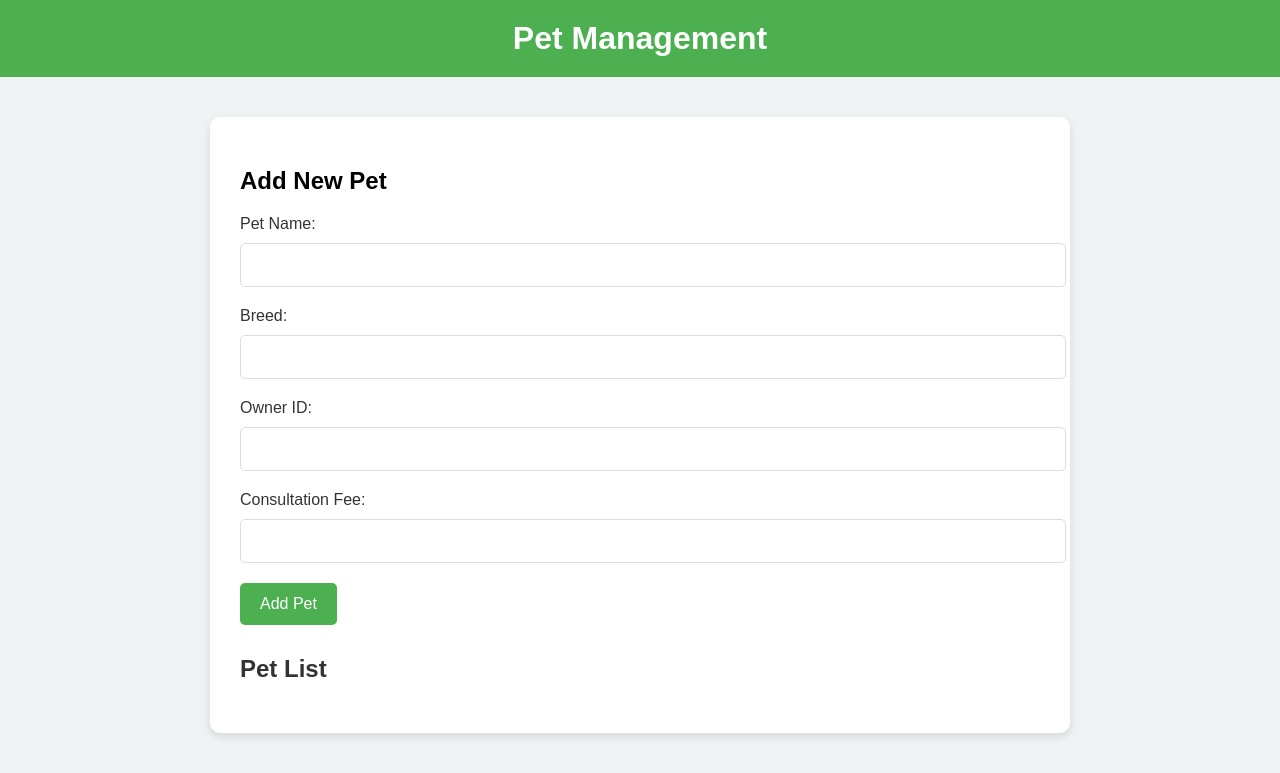
Repository: abirami1105/repoA
Page: PetClinicApplication/src/main/resources/static/pet.html
These files come from the project's save history. The page is drawn as it stood at one moment and after the next save; the edit follows.
The browser window is 1280 px wide. The pictures show the whole page.
The page's requests for data from a server got no answer.

Above is the page before, as saved 2025-01-02 18:50:38.

After the next save:
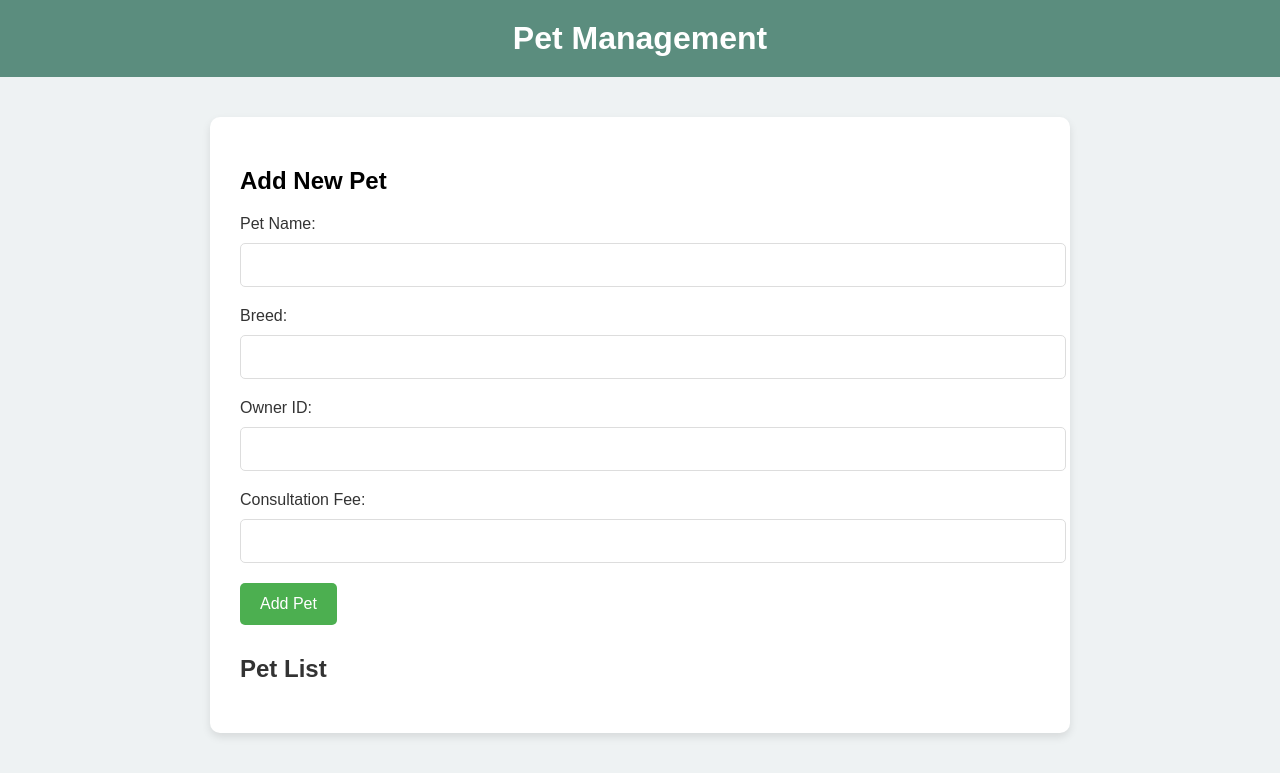
Saved 21 s later.
--- a/PetClinicApplication/src/main/resources/static/pet.html
+++ b/PetClinicApplication/src/main/resources/static/pet.html
@@ -13,7 +13,7 @@
         }
 
         header {
-            background-color: #4CAF50;
+            background-color: #5b8d7e;
             color: white;
             padding: 20px;
             text-align: center;
